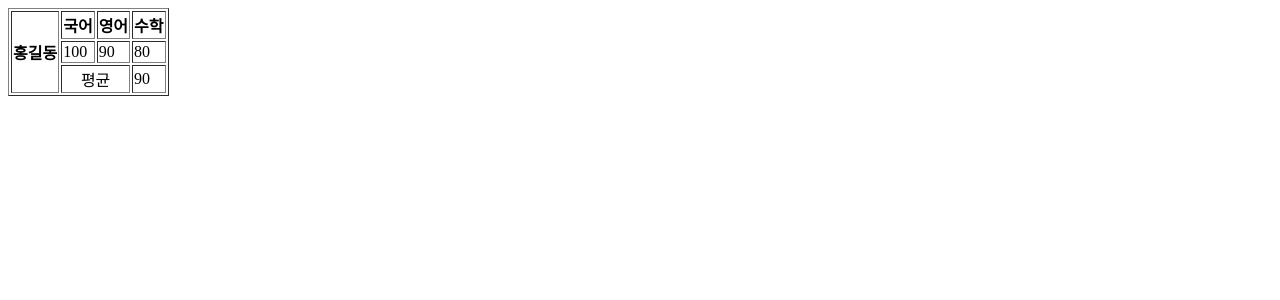
Repository: usonihs/StudyX
Page: JSP/HTML/src/main/webapp/Lec04.html
The author's editor kept a copy of each file at every save. The page is drawn from the files as they stood at one save, then again after the next save.
The browser window is 1280 px wide. The pictures show the whole page.

Above is the page before, as saved 2022-10-19 05:04:24.

### JSP/HTML/src/main/webapp/Lec04.html
<!DOCTYPE html>
<html>
<head>
<meta charset="UTF-8">
<title>Table Tag</title>
</head>
<body>
	<table border="1">
		<tr>
			<th rowspan="3">홍길동</th>
			<th>국어</th>
			<th>영어</th>
			<th>수학</th>
		</tr>
		<tr>
			<td>100</td>
			<td>90</td>
			<td>80</td>
		</tr>
		<tr>
			<td colspan="2" align="center">평균</td>
			<td>90</td>
		</tr>
	</table>
</body>
</html>

After the next save:
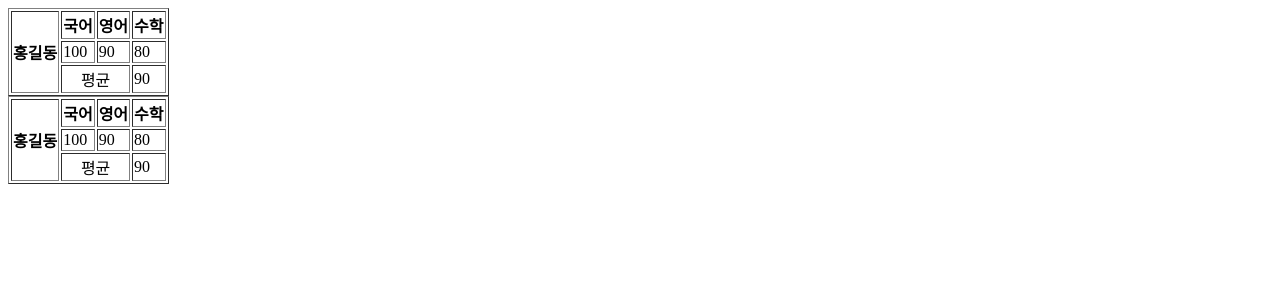
Saved 7 min 6 s later.
--- a/JSP/HTML/src/main/webapp/Lec04.html
+++ b/JSP/HTML/src/main/webapp/Lec04.html
@@ -22,5 +22,23 @@
 			<td>90</td>
 		</tr>
 	</table>
+
+	<table border="1">
+		<tr>
+			<th rowspan="3">홍길동</th>
+			<th>국어</th>
+			<th>영어</th>
+			<th>수학</th>
+		</tr>
+		<tr>
+			<td>100</td>
+			<td>90</td>
+			<td>80</td>
+		</tr>
+		<tr>
+			<td colspan="2" align="center">평균</td>
+			<td>90</td>
+		</tr>
+	</table>
 </body>
 </html>
